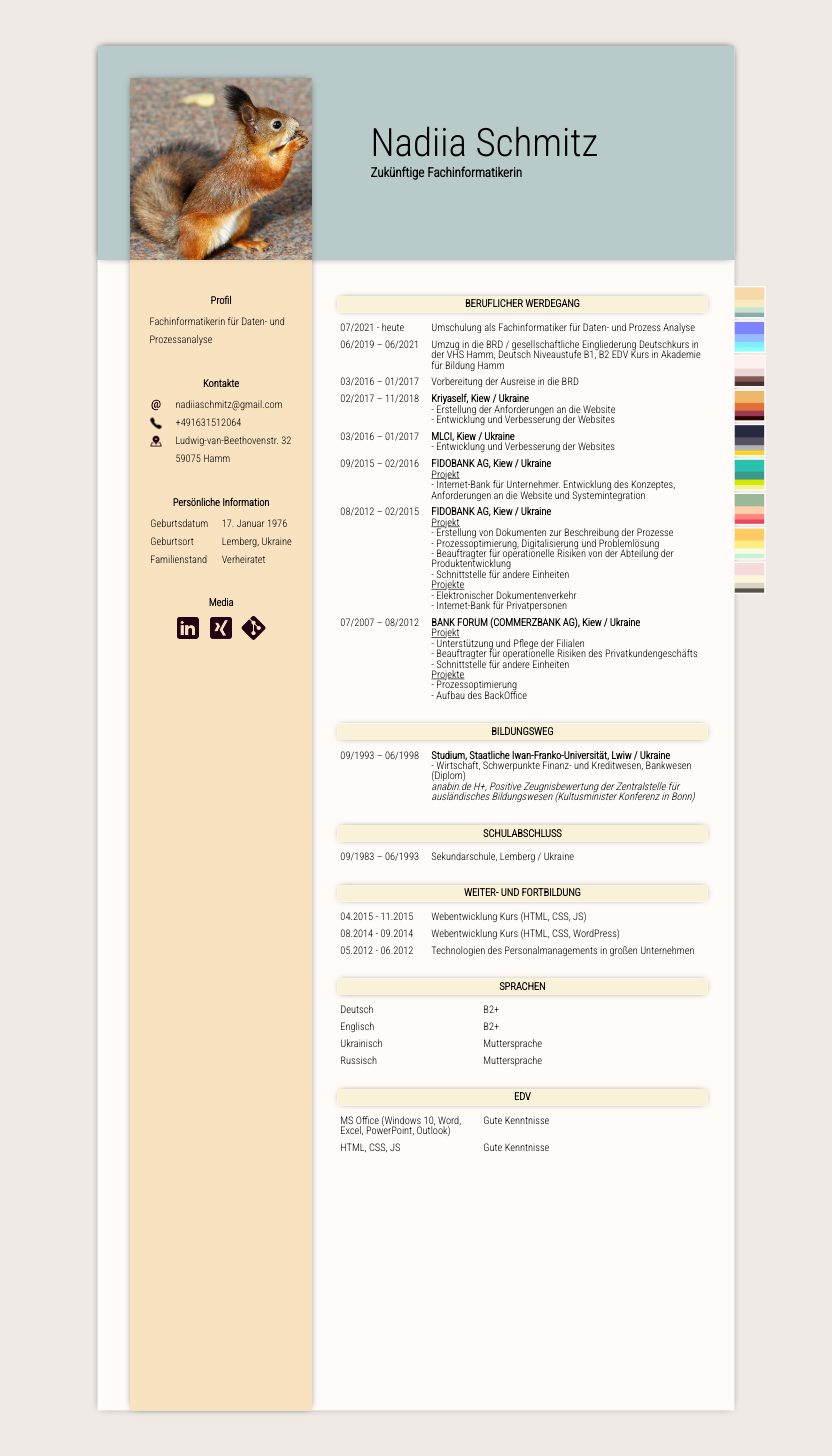
Repository: NadiaSchmitz/lebenslauf.nschmitz.githab.io
Page: index.html
The author's editor kept a record of every edit. The page is drawn from the files as they stood at one moment, then again after the next edit.
The browser window is 1280 px wide. The pictures show the whole page, at 65% of full size.

Above is the page before.

### index.html
<!DOCTYPE html>
<html>

<head>
  <meta charset="utf-8" />
  <title>Lebenslauf Nadiia Schmitz</title>
  <link rel="stylesheet" href="./styles/reset.css" type="text/css" />
  <link rel="stylesheet" href="./styles/style.css" type="text/css" />
  <link rel="stylesheet" href="./styles/icons.css" type="text/css" />
  <meta name="viewport" content="width=device-width, initial-scale=1.0">
  <link rel="preconnect" href="https://fonts.googleapis.com">
  <link rel="preconnect" href="https://fonts.gstatic.com" crossorigin>
  <link href="https://fonts.googleapis.com/css2?family=Roboto+Condensed:wght@300&display=swap" rel="stylesheet">
  <link rel="shortcut icon" href="images/favicon.png" type="image/x-icon">
  <script src="https://ajax.googleapis.com/ajax/libs/jquery/2.2.0/jquery.min.js"></script>
  <script type="text/javascript" src="./js/colors.js"></script>
</head>

<body>
  <section class="wrapper">
    <section class="inner_wrapper">
      <div class="content_wrapper">
        <header class="header">
          <div class="header_text">
            <h1>Nadiia Schmitz</h1>
            <h2>Zukünftige Fachinformatikerin</h2>
          </div>
        </header>
        <div class="color_schema_buttons_wrapper">
          <div id="pistachios" class="color_schema_button pistachios" title="pistachios"></div>
          <div id="sea" class="color_schema_button sea" title="sea"></div>
          <div id="cappuchino" class="color_schema_button cappuchino" title="cappuchino"></div>
          <div id="autumn" class="color_schema_button autumn" title="autumn"></div>
          <div id="bvb" class="color_schema_button bvb" title="bvb"></div>
          <div id="lime" class="color_schema_button lime" title="lime"></div>
          <div id="summer" class="color_schema_button summer" title="summer"></div>
          <div id="sun" class="color_schema_button sun" title="sun"></div>
          <div id="pastel" class="color_schema_button pastel" title="pastel"></div>
        </div>
        <div class="lebenslauf_wrapper">
          <div class="sidebar sidebar_left">
            <div class="sidebar_foto"></div>
            <div class="sidebar_content">
              <div class="sidebar_content_item profile">
                <h3>Profil</h3>
                <table>
                  <tr>
                    <td col="2">Fachinformatikerin für Daten- und Prozessanalyse</td>
                  </tr>
                </table>
              </div>
              <div class="sidebar_content_item contacts">
                <h3>Kontakte</h3>
                <table>
                  <tr>
                    <td>
                      <span class="sidebar_content_item_icon contacts_email"></span>
                    </td>
                    <td>nadiiaschmitz@gmail.com</td>
                  </tr>
                  <tr>
                    <td>
                      <span class="sidebar_content_item_icon contacts_phone"></span>
                    </td>
                    <td>+491631512064</td>
                  </tr>
                  <tr>
                    <td>
                      <span class="sidebar_content_item_icon contacts_adress"></span>
                    </td>
                    <td>Ludwig-van-Beethovenstr. 32 59075 Hamm</td>
                  </tr>
                </table>
              </div>
              <div class="sidebar_content_item personal">
                <h3>Persönliche Information</h3>
                <table>
                  <tr>
                    <td>Geburtsdatum</td>
                    <td>17. Januar 1976</td>
                  </tr>
                  <tr>
                    <td>Geburtsort</td>
                    <td>Lemberg, Ukraine</td>
                  </tr>
                  <tr>
                    <td>Familienstand</td>
                    <td>Verheiratet</td>
                  </tr>
                </table>
              </div>
              <div class="sidebar_content_item social">
                <h3>Media</h3>
                <table>
                  <tr>
                    <td><a href="https://www.linkedin.com/in/nadiia-schmitz-93491722" class="linkedin" target="_blank"></a></td>
                    <td><a href="https://www.xing.com/profile/Nadiia_Schmitz3" class="xing" target="_blank"></a></td>
                    <td><a href="https://github.com/NadiaSchmitz" class="git" target="_blank"></a></td>
                  </tr>
                </table>
              </div>
            </div>
          </div>
          <div class="sidebar sidebar_right">
            <div class="sidebar_right_content">
              <div class="sidebar_right_content_item">
                <h4>BERUFLICHER WERDEGANG</h4>
                <table>
                  <tr>
                    <td>07/2021 - heute</td>
                    <td>Umschulung als Fachinformatiker für Daten- und Prozess Analyse</td>
                  </tr>
                  <tr>
                    <td>06/2019 – 06/2021</td>
                    <td>Umzug in die BRD / gesellschaftliche Eingliederung Deutschkurs in der VHS Hamm, Deutsch Niveaustufe B1, B2 EDV Kurs in Akademie für Bildung Hamm
                    </td>
                  </tr>
                  <tr>
                    <td>03/2016 – 01/2017</td>
                    <td>Vorbereitung der Ausreise in die BRD</td>
                  </tr>
                  <tr>
                    <td>02/2017 – 11/2018</td>
                    <td>
                      <span class="employer">Kriyaself, Kiew / Ukraine</span>
                      <ul>
                        <li>- Erstellung der Anforderungen an die Website</li>
                        <li>- Entwicklung und Verbesserung der Websites</li>
                      </ul>
                    </td>
                  </tr>
                  <tr>
                    <td>03/2016 – 01/2017</td>
                    <td>
                      <span class="employer">MLCI, Kiew / Ukraine</span>
                      <ul>
                        <li>- Entwicklung und Verbesserung der Websites</li>
                      </ul>
                    </td>
                  </tr>
                  <tr>
                    <td>09/2015 – 02/2016</td>
                    <td>
                      <span class="employer">FIDOBANK AG, Kiew / Ukraine</span>
                      <ul>
                        <span class="project">Projekt</span>
                        <li>- Internet-Bank für Unternehmer. Entwicklung des Konzeptes, Anforderungen an die Website und Systemintegration</li>
                      </ul>
                    </td>
                  </tr>
                  <tr>
                    <td>08/2012 – 02/2015</td>
                    <td>
                      <span class="employer">FIDOBANK AG, Kiew / Ukraine</span>
                      <ul>
                        <span class="project">Projekt</span>
                        <li>-	Erstellung von Dokumenten zur Beschreibung der Prozesse</li>
                        <li>-	Prozessoptimierung, Digitalisierung und Problemlösung</li>
                        <li>-	Beauftragter für operationelle Risiken von der Abteilung der Produktentwicklung </li>
                        <li>-	Schnittstelle für andere Einheiten</li>
                        <span class="project">Projekte</span>
                        <li>-	Elektronischer Dokumentenverkehr</li>
                        <li>-	Internet-Bank für Privatpersonen</li>
                      </ul>
                    </td>
                  </tr>
                  <tr>
                    <td>07/2007 – 08/2012</td>
                    <td>
                      <span class="employer">BANK FORUM (COMMERZBANK AG), Kiew / Ukraine</span>
                      <ul>
                        <span class="project">Projekt</span>
                        <li>-	Unterstützung und Pflege der Filialen</li>
                        <li>-	Beauftragter für operationelle Risiken des Privatkundengeschäfts</li>
                        <li>-	Schnittstelle für andere Einheiten  </li>
                        <span class="project">Projekte</span>
                        <li>-	Prozessoptimierung</li>
                        <li>-	Aufbau des BackOffice</li>
                      </ul>
                    </td>
                  </tr>
                </table>
              </div>
              <div class="sidebar_right_content_item">
                <h4>BILDUNGSWEG</h4>
                <table>
                  <tr>
                    <td>09/1993 – 06/1998</td>
                    <td>
                      <span class="employer">Studium, Staatliche Iwan-Franko-Universität, Lwiw / Ukraine</span>
                      <ul>
                        <li>- Wirtschaft, Schwerpunkte Finanz- und Kreditwesen, Bankwesen (Diplom)</li>
                        <li class="addition">anabin.de H+, Positive Zeugnisbewertung der Zentralstelle für ausländisches Bildungswesen (Kultusminister Konferenz in Bonn)</li>
                      </ul>
                    </td>
                  </tr>
                </table>
              </div>
              <div class="sidebar_right_content_item">
                <h4>SCHULABSCHLUSS</h4>
                <table>
                  <tr>
                    <td>09/1983 – 06/1993</td>
                    <td>Sekundarschule, Lemberg / Ukraine</td>
                  </tr>
                </table>
              </div>
              <div class="sidebar_right_content_item">
                <h4>WEITER- UND FORTBILDUNG</h4>
                <table>
                  <tr>
                    <td>04.2015 - 11.2015</td>
                    <td>Webentwicklung Kurs (HTML, CSS, JS)</td>
                  </tr>
                  <tr>
                    <td>08.2014 - 09.2014</td>
                    <td>Webentwicklung Kurs (HTML, CSS, WordPress)</td>
                  </tr>
                  <tr>
                    <td>05.2012 - 06.2012</td>
                    <td>Technologien des Personalmanagements in großen Unternehmen</td>
                  </tr>
                </table>
              </div>
              <div class="sidebar_right_content_item lang">
                <h4>SPRACHEN</h4>
                <table>
                  <tr>
                    <td>Deutsch</td>
                    <td>B2+</td>
                  </tr>
                  <tr>
                    <td>Englisch</td>
                    <td>B2+</td>
                  </tr>
                  <tr>
                    <td>Ukrainisch</td>
                    <td>Muttersprache</td>
                  </tr>
                  <tr>
                    <td>Russisch</td>
                    <td>Muttersprache</td>
                  </tr>
                </table>
              </div>
              <div class="sidebar_right_content_item edv">
                <h4>EDV</h4>
                <table>
                  <tr>
                    <td>MS Office (Windows 10, Word, Excel, PowerPoint, Outlook)</td>
                    <td>Gute Kenntnisse</td>
                  </tr>
                  <tr>
                    <td>HTML, CSS, JS</td>
                    <td>Gute Kenntnisse</td>
                  </tr>
                </table>
              </div>
            </div>
          </div>
        </div>
      </div>
    </section>
  </section>
</body>

</html>

### styles/reset.css
html, body, div, span, applet, object, iframe,
h1, h2, h3, h4, h5, h6, p, blockquote, pre,
a, abbr, acronym, address, big, cite, code,
del, dfn, em, img, ins, kbd, q, s, samp,
small, strike, strong, sub, sup, tt, var,
b, u, i, center,
dl, dt, dd, ol, ul, li,
fieldset, form, label, legend,
table, caption, tbody, tfoot, thead, tr, th, td,
article, aside, canvas, details, embed,
figure, figcaption, footer, header, hgroup,
menu, nav, output, ruby, section, summary,
time, mark, audio, video {
	margin: 0;
	padding: 0;
	box-sizing: border-box;
	border: 0;
	font-size: 100%;
	font: inherit;
	vertical-align: baseline;
}
/* HTML5 display-role reset for older browsers */
article, aside, details, figcaption, figure,
footer, header, hgroup, menu, nav, section {
	display: block;
}
body {
	line-height: 1;
}
ol, ul {
	list-style: none;
}
blockquote, q {
	quotes: none;
}
blockquote:before, blockquote:after,
q:before, q:after {
	content: '';
	content: none;
}
table {
	border-collapse: collapse;
	border-spacing: 0;
}

### styles/style.css
html {
  font-family: 'Roboto Condensed', sans-serif;
  background-color: #efeae5;
}

.wrapper {}

.inner_wrapper {
  width: 980px;
  margin: 70px auto;
}

@media only screen and (max-width: 1080px) {
  .inner_wrapper {
    width: 900px;
    margin: 30px auto;
  }
}

@media only screen and (max-width: 900px) {
  .inner_wrapper {
    width: 100%;
    margin: 0;
  }
}

.content_wrapper {
  position: relative;
  background-color: #fffbf8;
  -webkit-box-shadow: 0px 0px 12px -5px rgba(0, 0, 0, 0.75);
  -moz-box-shadow: 0px 0px 12px -5px rgba(0, 0, 0, 0.75);
  box-shadow: 0px 0px 12px -5px rgba(0, 0, 0, 0.75);
}

.header {
  height: 330px;
  background-color: rgb(135 170 170 / 59%);
  -webkit-box-shadow: 0px 0px 12px -5px rgba(0, 0, 0, 0.75);
  -moz-box-shadow: 0px 0px 12px -5px rgba(0, 0, 0, 0.75);
  box-shadow: 0px 0px 12px -5px rgba(0, 0, 0, 0.75);
}

@media only screen and (max-width: 1080px) {
  .header {
    height: 280px;
  }
}

@media only screen and (max-width: 900px) {
  .header {
    height: 580px;
    padding: 60px 0 0 0;
  }
}

@media only screen and (max-width: 480px) {
  .header {
    padding: 70px 0 0 0;
  }
}

.header_text {
  margin: 0 0 0 420px;
  padding: 120px 0 0 0;
}

@media only screen and (max-width: 1080px) {
  .header_text {
    margin: 0 0 0 380px;
    padding: 100px 0 0 0;
  }
}

@media only screen and (max-width: 900px) {
  .header_text {
    text-align: center;
    margin: 0;
    padding: 0;
  }
}

h1 {
  color: #000000;
  font-size: 60px;
  margin: 0 0 5px 0;
}

@media only screen and (max-width: 900px) {
  h1 {
    font-size: 50px;
  }
}

@media only screen and (max-width: 480px) {
  h1 {
    font-size: 36px;
    font-weight: 700;
  }
}

h2 {
  color: #000000;
  font-size: 20px;
  font-weight: 600;
}

@media only screen and (max-width: 480px) {
  h2 {
    font-size: 16px;
  }
}

.sidebar {
  display: inline-block;
  vertical-align: top;
}

@media only screen and (max-width: 900px) {
  .lebenslauf_wrapper {
    padding: 0 30px 30px 30px;
  }
}

@media only screen and (max-width: 480px) {
  .lebenslauf_wrapper {
    padding: 0 15px 15px 15px;
  }
}

@media only screen and (max-width: 360px) {
  .lebenslauf_wrapper {
    padding: 0 10px 10px 10px;
  }
}

.sidebar_left {
  width: 280px;
  height: 2050px;
  background-color: rgb(246 215 167 / 68%);
  -webkit-box-shadow: 0px 0px 12px -5px rgba(0, 0, 0, 0.75);
  -moz-box-shadow: 0px 0px 12px -5px rgba(0, 0, 0, 0.75);
  box-shadow: 0px 0px 12px -5px rgba(0, 0, 0, 0.75);
  margin: -280px 0 0 50px;
}

@media only screen and (max-width: 1080px) {
  .sidebar_left {
    width: 250px;
    margin: -250px 0 0 30px;
  }
}

@media only screen and (max-width: 900px) {
  .sidebar_left {
    width: 100%;
    height: auto;
    margin: -380px 0 0 0;
  }
}

.sidebar_foto {
  width: 280px;
  height: 280px;
  background-image: url(../images/foto.jpg);
  background-position: 50%;
  background-size: cover;
}

@media only screen and (max-width: 1080px) {
  .sidebar_foto {
    width: 250px;
    height: 250px;
  }
}

@media only screen and (max-width: 900px) {
  .sidebar_foto {
    width: 350px;
    height: 350px;
    margin: 30px auto 0;
  }
}

@media only screen and (max-width: 480px) {
  .sidebar_foto {
    width: 320px;
    height: 320px;
  }
}

@media only screen and (max-width: 360px) {
  .sidebar_foto {
    width: 100%;
  }
}

.sidebar_content {
  padding: 55px 30px 30px 30px;
}

@media only screen and (max-width: 1080px) {
  .sidebar_content {
    padding: 45px 20px 20px 20px;
  }
}

@media only screen and (max-width: 900px) {
  .sidebar_content {
    padding: 50px 20px 20px 20px;
  }
}

@media only screen and (max-width: 480px) {
  .sidebar_content {
    padding: 80px 20px 20px 20px;
  }
}

.sidebar_content_item {
  margin: 0 0 30px 0;
  padding: 0 0 15px 0;
}

.sidebar_content_item:last-of-type {
  border-bottom: 1px solid transparent;
  margin: 0;
}

h3 {
  color: #000000;
  font-size: 16px;
  font-weight: 600;
  text-align: center;
  margin: 0 0 10px 0;
}

.sidebar_content_item table {
  margin: 0 auto;
}

.sidebar_content_item table td {
  height: 28px;
  font-size: 16px;
  line-height: 28px;
}

@media only screen and (max-width: 360px) {
  .sidebar_content_item table td {
    font-size: 14px;
  }
}

.profile table td {
  width: 100%;
}

.contacts table td:nth-of-type(1) {
  width: 40px;
}

.personal table td:nth-of-type(1) {
  width: 110px;
}

.social table {
  margin: 0 auto;
}

.social table td {
  width: 33%;
  padding: 0 5px 0 5px;
}

.social table td a {
  display: inline-block;
  width: 40px;
  height: 40px;
  background-size: contain;
  background-position: 50%;
  cursor: pointer;
}

.sidebar_content_item_icon {
  display: inline-block;
  vertical-align: middle;
  width: 20px;
  height: 20px;
  background-size: contain;
  background-position: 50%;
}

.sidebar_right {
  width: calc(100% - 280px - 60px);
  padding: 55px 35px 35px 35px;
}

@media only screen and (max-width: 1080px) {
  .sidebar_right {
    width: calc(100% - 250px - 35px);
    padding: 40px 75px 20px 20px;
  }
}

@media only screen and (max-width: 900px) {
  .sidebar_right {
    width: 100%;
    padding: 40px 20px 50px 20px;
  }
}

@media only screen and (max-width: 480px) {
  .sidebar_right {
    width: 100%;
    padding: 60px 0 50px 0;
  }
}

.sidebar_right_content_item {
  margin: 0 0 30px 0;
}

.sidebar_right_content_item h4 {
  color: #000000;
  font-size: 16px;
  font-weight: 600;
  text-align: center;
  background-color: rgb(246 234 190 / 54%);
  -webkit-box-shadow: 0px 0px 12px -5px rgba(0, 0, 0, 0.75);
  -moz-box-shadow: 0px 0px 12px -5px rgba(0, 0, 0, 0.75);
  box-shadow: 0px 0px 12px -5px rgba(0, 0, 0, 0.75);
  margin: 0 0 10px 0;
  padding: 5px;
}

.sidebar_right_content_item table tr td {
  font-size: 16px;
  padding: 5px;
}

.sidebar_right_content_item .employer {
  font-weight: 700;
}

.sidebar_right_content_item .project {
  text-decoration: underline;
}

.sidebar_right_content_item .addition {
  font-style: italic;
}

@media only screen and (max-width: 360px) {
  .sidebar_right_content_item table tr td {
    font-size: 14px;
  }
}

.sidebar_right_content_item table tr td:nth-of-type(1) {
  width: 140px;
}

@media only screen and (max-width: 360px) {
  .sidebar_right_content_item table tr td:nth-of-type(1) {
    width: 120px;
  }
}

.edv {
  width: 100%;
}

.lang table tr td:nth-of-type(1),
.edv table tr td:nth-of-type(1) {
  width: 220px;
}

@media only screen and (max-width: 360px) {
  .lang table tr td:nth-of-type(1),
  .edv table tr td:nth-of-type(1) {
    width: 170px;
  }
}

.color_schema_buttons_wrapper {
  position: absolute;
  right: -48px;
  top: 370px;
}

@media only screen and (max-width: 1080px) {
  .color_schema_buttons_wrapper {
    right: 0;
    top: 282px;
  }
}

@media only screen and (max-width: 900px) {
  .color_schema_buttons_wrapper {
    right: 0;
    top: 600px;
  }
}

@media only screen and (max-width: 360px) {
  .color_schema_buttons_wrapper {
    display: none;
  }
}

.color_schema_button {
  width: 50px;
  height: 50px;
  background-position: 50%;
  background-size: contain;
  border: 2px solid #fffbf8;
  margin: 0 0 3px 0;
}

@media only screen and (max-width: 1080px) {
  .color_schema_button {
    width: 40px;
    height: 40px;
  }
}

.pistachios {
  background-image: url(../images/pistachios.png);
}

.sea {
  background-image: url(../images/sea.png);
}

.cappuchino {
  background-image: url(../images/cappuchino.png);
}

.autumn {
  background-image: url(../images/autumn.png);
}

.bvb {
  background-image: url(../images/bvb.png);
}

.lime {
  background-image: url(../images/lime.png);
}

.summer {
  background-image: url(../images/summer.png);
}

.sun {
  background-image: url(../images/sun.png);
}

.pastel {
  background-image: url(../images/pastel.png);
}

### js/colors.js
var colorSchemeArray = [];
colorSchemeArray = [{
    schemeName: "standart",
    colorHeader: "rgb(135 170 170 / 59%)",
    colorSidebarLeft: "rgb(246 215 167 / 68%)",
    colorTopic: "rgb(246 234 190 / 54%)"
  },

  {
    schemeName: "sea",
    colorHeader: "rgb(124 131 253 / 58%)",
    colorSidebarLeft: "rgba(125, 237, 255, 0.53)",
    colorTopic: "rgb(150 186 255 / 52%)"
  },

  {
    schemeName: "cappuchino",
    colorHeader: "rgba(131, 88, 88, 0.7)",
    colorSidebarLeft: "#EBD4D4",
    colorTopic: "#FFF0F0"
  },

  {
    schemeName: "autumn",
    colorHeader: "rgb(156 61 84 / 76%)",
    colorSidebarLeft: "rgb(226 112 58 / 62%)",
    colorTopic: "rgb(238 183 107 / 75%)"
  },

  {
    schemeName: "bvb",
    colorHeader: "#595260",
    colorSidebarLeft: "#FFD523",
    colorTopic: "#B2B1B9",
  },

  {
    schemeName: "lime",
    colorHeader: "rgb(46 193 172 / 51%)",
    colorSidebarLeft: "rgb(210 230 3 / 49%)",
    colorTopic: "rgb(239 244 142 / 53%)",
  },

  {
    schemeName: "summer",
    colorHeader: "rgb(255 132 124 / 85%)",
    colorSidebarLeft: "rgb(153 184 152 / 65%)",
    colorTopic: "#FECEAB",
  },

  {
    schemeName: "sun",
    colorHeader: "#FFEC85",
    colorSidebarLeft: "#C9F0D6",
    colorTopic: "#F2FFDF",
  },

  {
    schemeName: "pastel",
    colorHeader: "#F7DAD9",
    colorSidebarLeft: "#FFF5DA",
    colorTopic: "#D6D2C4",
  }
]

// console.log(colorSchemeArray.length)

$(document).ready(function() {
  $(".color_schema_button").click(function() {
    var buttonId = $(this).attr('id');
    console.log(buttonId);
    for (var i = 0; i < colorSchemeArray.length; i++) {
      console.log(colorSchemeArray[i].schemeName)
      if (buttonId == colorSchemeArray[i].schemeName) {
        var styleId = i;
        $('.header').css('backgroundColor', colorSchemeArray[styleId].colorHeader);
        $('.sidebar_left').css('backgroundColor', colorSchemeArray[styleId].colorSidebarLeft);
        $('h4').css('backgroundColor', colorSchemeArray[styleId].colorTopic);
      }
    }
  });
})

Loaded but not shown: styles/icons.css (library)

After the next edit:
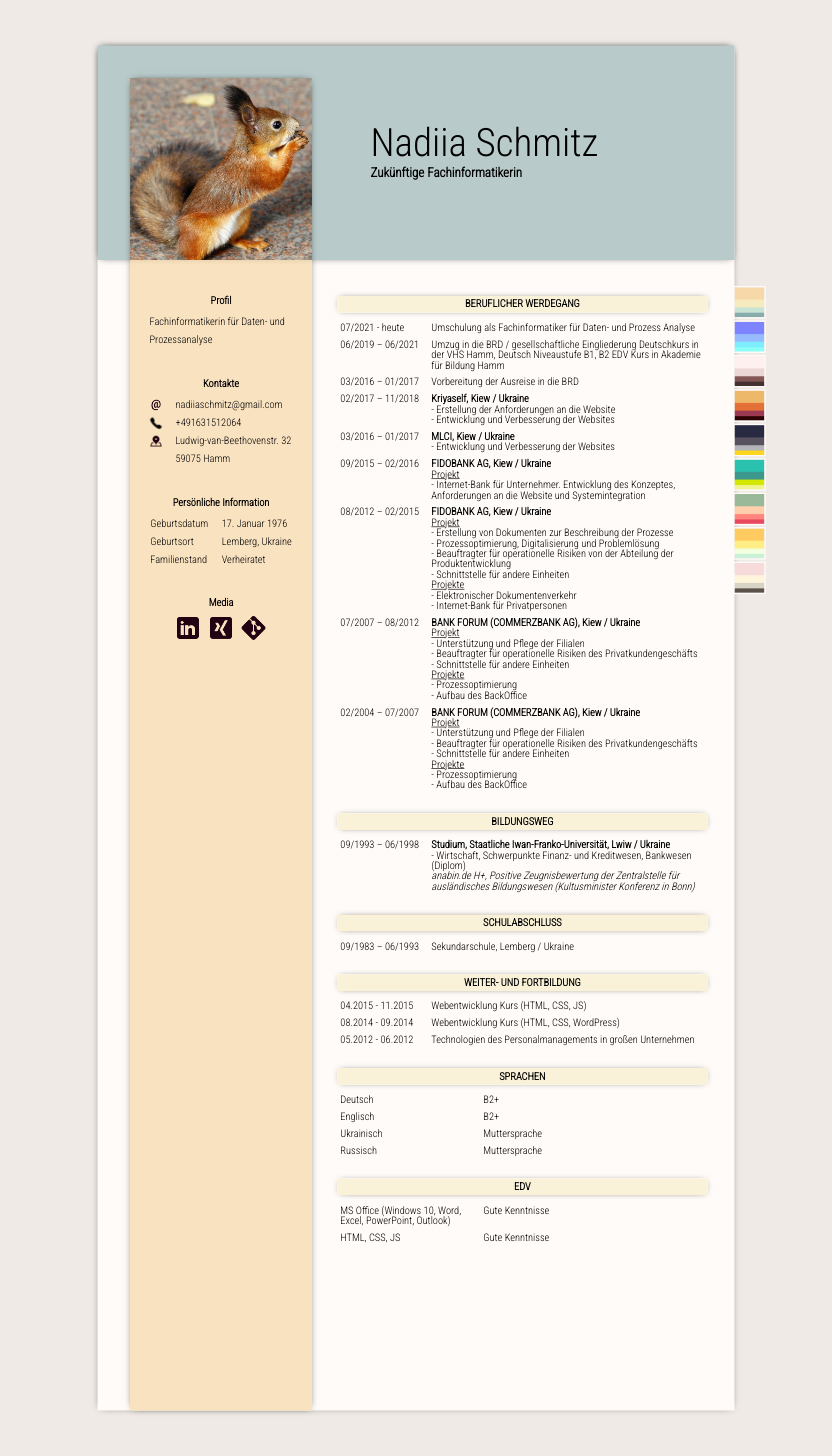
The edit:
--- a/index.html
+++ b/index.html
@@ -179,6 +179,21 @@
                       </ul>
                     </td>
                   </tr>
+                  <tr>
+                    <td>02/2004 – 07/2007</td>
+                    <td>
+                      <span class="employer">BANK FORUM (COMMERZBANK AG), Kiew / Ukraine</span>
+                      <ul>
+                        <span class="project">Projekt</span>
+                        <li>-	Unterstützung und Pflege der Filialen</li>
+                        <li>-	Beauftragter für operationelle Risiken des Privatkundengeschäfts</li>
+                        <li>-	Schnittstelle für andere Einheiten  </li>
+                        <span class="project">Projekte</span>
+                        <li>-	Prozessoptimierung</li>
+                        <li>-	Aufbau des BackOffice</li>
+                      </ul>
+                    </td>
+                  </tr>
                 </table>
               </div>
               <div class="sidebar_right_content_item">
